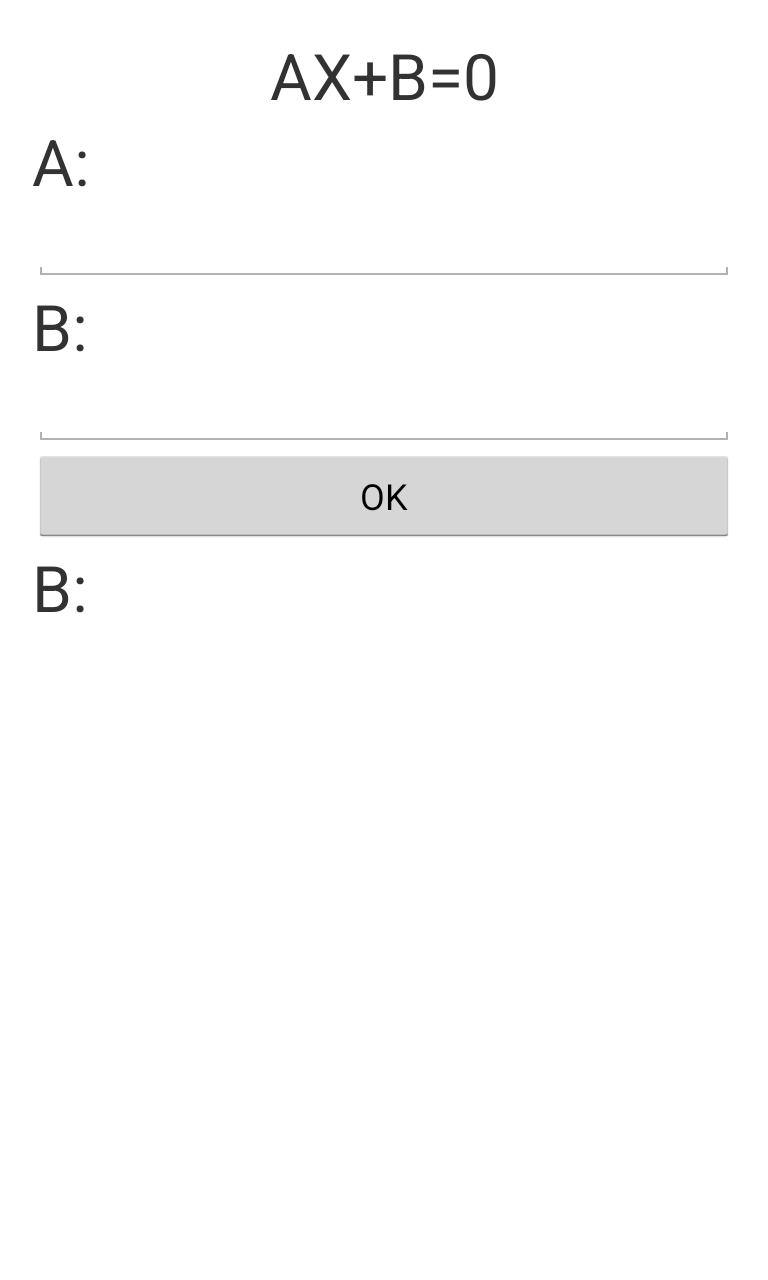
Repository: erickluz/Android
Layout: EquacaoPrimeiroGrau/res/layout/activity_main.xml
These files come from the project's save history. The layout is drawn as it stood at one moment and after the next save; the edit follows.
It is drawn on a 768 x 1280 px phone screen (xhdpi) without system bars, with theme AppTheme; the app's code is not run.

Above is the layout before, as saved 2016-03-14 23:35:22.

After the next save:
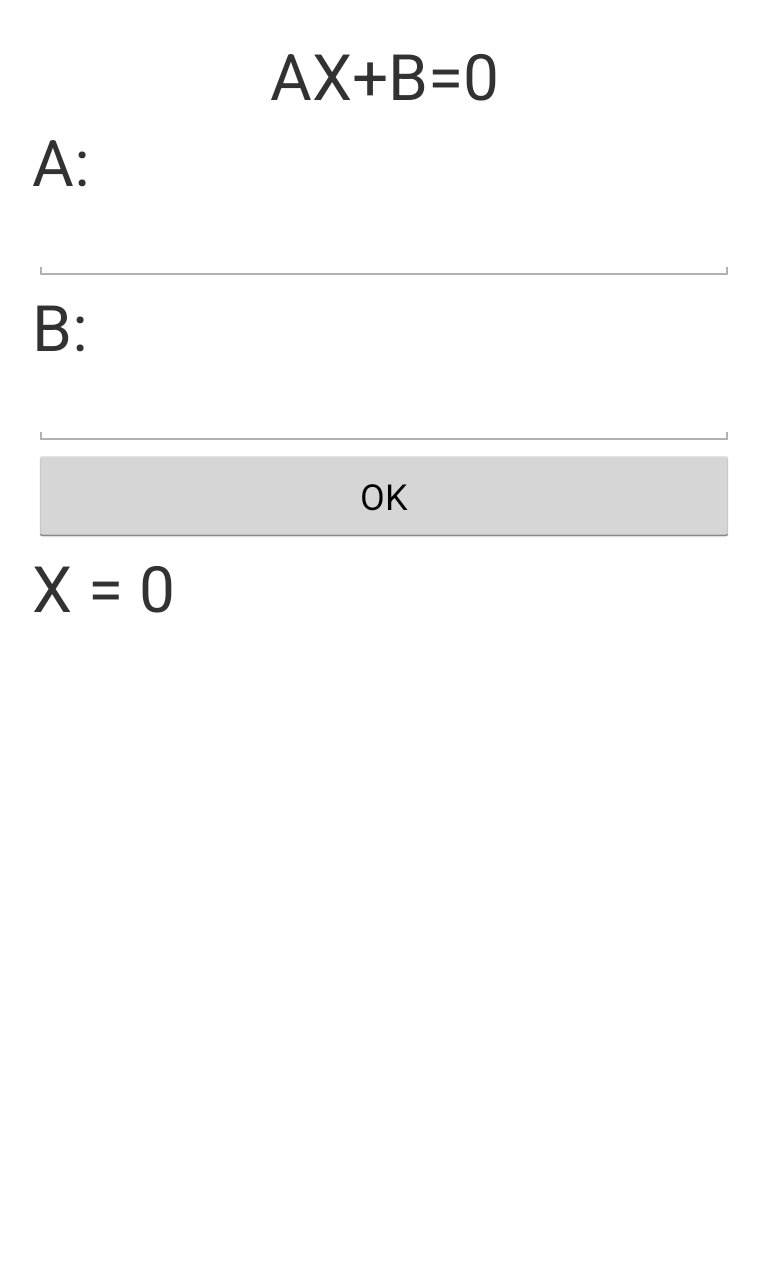
Saved 4 s later.
--- a/EquacaoPrimeiroGrau/res/layout/activity_main.xml
+++ b/EquacaoPrimeiroGrau/res/layout/activity_main.xml
@@ -53,6 +53,6 @@
         android:layout_width="fill_parent"
         android:layout_height="wrap_content"
         android:textSize="32sp"
-        android:text="@string/B" />
+        android:text="@string/x" />
 
 </LinearLayout>
